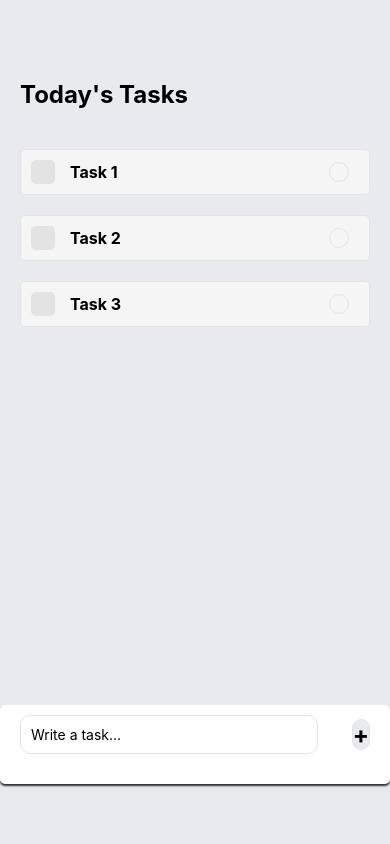
Repository: lomelo-x/ToDo-App
Screen: /
An editor plug-in stored every save of this project. The screen is shown before and after a run of saves, followed by the edit.
The app was drawn by React Native's web renderer in a window 390 px wide. The project was rebuilt for these pictures with package versions that can differ from the ones it lists, and the page was loaded fresh each time.

Above is the screen before, as saved 2022-06-17 21:28:55.

### App.js
import { StatusBar } from 'expo-status-bar';
import { StyleSheet, Text, View, KeyboardAvoidingView, Platform, TextInput, TouchableOpacity } from 'react-native';
import Task from './components/Task';

export default function App() {
	return (
		<View style={styles.container}>
			<View style={styles.todoContainer}>
				<Text style={styles.sectionTitle}>Today's Tasks</Text>
				<View style={styles.itemsContainer}>
					<Task text={'Task 1'} />
					<Task text={'Task 2'}/>
					<Task text={'Task 3'}/>
				</View>
			</View>
			<KeyboardAvoidingView
			behavior={Platform.OS === 'ios' ? 'padding' : "height" }
			style={styles.writeTaskContainer}>
				<TextInput style={styles.writeTaskInput} placeholder="Write a task..." />
				<TouchableOpacity>
					<View style={styles.addTaskButton}>
						<Text style={styles.addTaskButtonText}>+</Text>
					</View>
				</TouchableOpacity>
			</KeyboardAvoidingView>
		</View>
	);
}

const styles = StyleSheet.create({
	container: {
		flex: 1,
		backgroundColor: '#E8EAED',
	},
	todoContainer: {
		paddingTop: 80,
		paddingHorizontal: 20,
	},
	sectionTitle: {
		fontSize: 24,
		fontWeight: 'bold',
		marginBottom: 20,
	},
	itemsContainer: {
		marginTop: 20,
	},
	writeTaskContainer: {
		position: 'absolute',
		bottom: 60,
		width: '100%',
		flexDirection: 'row',
		alignItems: 'center',
		justifyContent: 'space-between',
		paddingHorizontal: 20,
		paddingVertical: 10,
		backgroundColor: '#fff',
		borderRadius: 5,
		shadowColor: '#000',
		shadowOffset: { width: 0, height: 2 },
		shadowOpacity: 0.8,
		shadowRadius: 2,
		elevation: 1,
		marginTop: 20,
	},
writeTaskInput: {
		borderWidth: 1,
		borderColor: '#e3e3e3',
		borderRadius: 10,
		padding: 10,
		marginBottom: 20,
		width: '85%',
	},
addTaskButton: {
		backgroundColor: '#E8EAED',
		borderRadius: 10,
		borderWidth: 1,
		borderColor: '#e3e3e3',
		marginBottom: 20,
	},
addTaskButtonText: {
		fontSize: 24,
		fontWeight: 'bold',
	},
});

### components/Task.js
import React from 'react';
import { View, Text, StyleSheet, TouchableOpacity } from 'react-native';

const Task = ({ text }) => {
	return (
		<View style={styles.taskContainer}>
			<View style={styles.taskLeft}>
				<TouchableOpacity style={styles.square}></TouchableOpacity>
				<Text style={styles.taskText}>{text}</Text>
			</View>
			<View style={styles.taskRight}></View>
		</View>
	);
};

const styles = StyleSheet.create({
	taskContainer: {
		backgroundColor: '#f5f5f5',
		padding: 10,
		marginBottom: 10,
		borderRadius: 5,
		borderWidth: 1,
		borderColor: '#e3e3e3',
		flexDirection: 'row',
		alignItems: 'center',
		justifyContent: 'space-between',
		marginBottom: 20,
	},
	taskText: {
		fontSize: 16,
		fontWeight: 'bold',
	},
	taskLeft: {
		flexDirection: 'row',
		alignItems: 'center',
		flexWrap: 'wrap',
		maxWidth: '80%',
	},
	taskRight: {
		width: 20,
		height: 20,
		borderRadius: 50,
		borderColor: '#e3e3e3',
		borderWidth: 1,
		marginRight: 10,
	},
	square: {
		width: 24,
		height: 24,
		backgroundColor: '#e3e3e3',
		borderRadius: 5,
		marginRight: 15,
	},
});

export default Task;

After the next 5 saves:
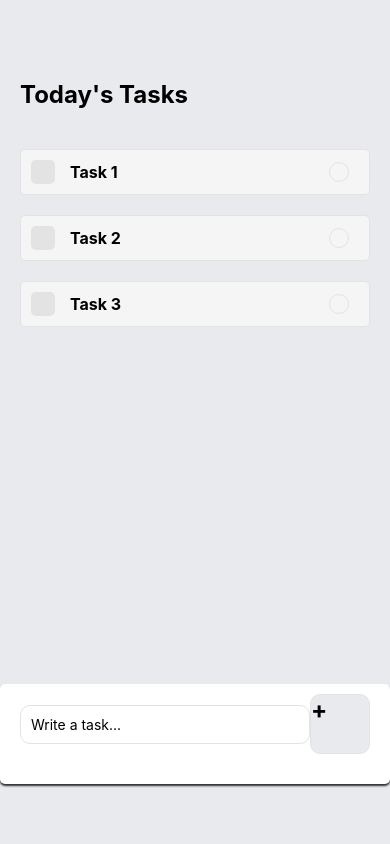
The 5 saves are shown as one change because they came seconds apart.
The last was saved 20 s later.
--- a/App.js
+++ b/App.js
@@ -76,6 +76,8 @@ addTaskButton: {
 		borderWidth: 1,
 		borderColor: '#e3e3e3',
 		marginBottom: 20,
+		width: 60,
+		height: 60,
 	},
 addTaskButtonText: {
 		fontSize: 24,
